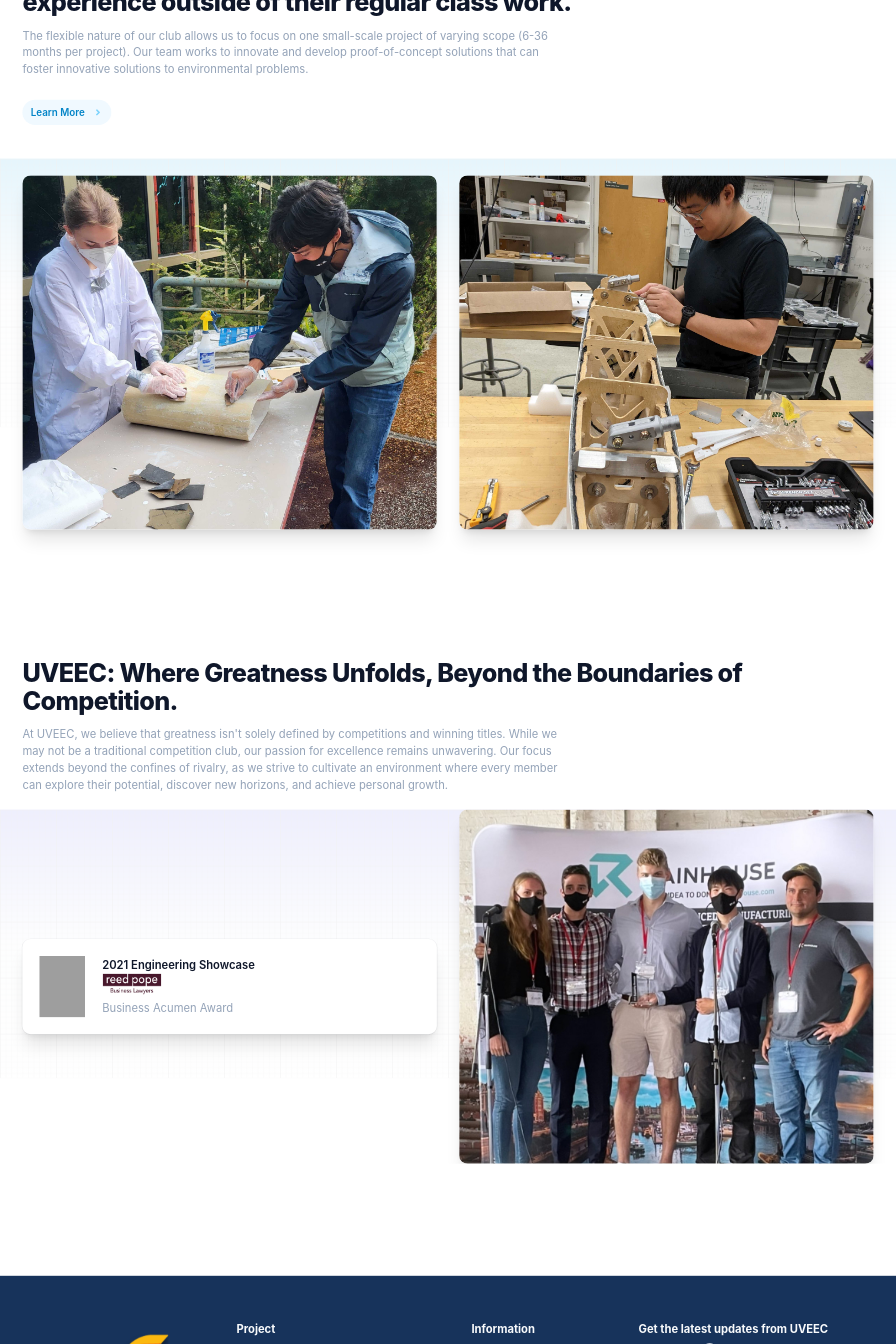
Repository: markaxelus/uveec-website
Page: /
These files come from the project's save history. The page is drawn as it stood at one moment and after the next save; the edit follows.
The browser window is 1280 px wide. The pictures show the part of the page from y = 962 to 2882 px (the page is 3128 px tall before and 3144 px after), at 70% of full size.
Pictures or frames that could not be fetched are drawn as grey boxes. The project was rebuilt for these pictures with package versions that can differ from the ones it lists, and the page was loaded fresh each time. The framework's server and built-in components were replaced by stand-ins that run in the browser. Also part of the build but not shown: next.config.js, src/components/molecules/ProfileCard.tsx.

Above is the page before, as saved 2024-06-08 23:14:11.

### pages/index.tsx
import Head from "next/head";
import Link from "next/link";
import Image from "next/image";
import type { NextPage } from "next";
import {
  HeroBanner,
  SponsorMarquee,
} from "../src/components/molecules";
import { BaseLayout } from "../src/Layout/BaseLayout";
import { FaAngleRight } from "react-icons/fa";

const Home: NextPage = () => {
  return (
    <div>
      <Head>
        <title>University of Victoria Environmental Engineering Club</title>
        <link rel="canonical" href="https://uveec.ca" key="canonical" />
        <meta
          name="description"
          content="Our organization's primary purpose is to create out of the box
          engineering solutions to everyday environmental problems in the local
          Capital Regional District of Victoria, British Columbia."
        />
        <meta name="viewport" content="width=device-width, initial-scale=1.0" />
        <meta
          name="keywords"
          content="UVEEC, UVic Environmental Engineering, Environmental Engineering, Environment, Engineering, University of Victoria, Victoria"
        />
        <meta
          property="og:title"
          content="University of Victoria Environmental Engineering Club"
        />
        <meta property="og:url" content="https://uveec.ca" />
        <meta property="og:type" content="website" />
        <link rel="icon" href="/favicon.ico" />
      </Head>
      <BaseLayout>
        <HeroBanner />
        <SponsorMarquee />
        <main>
          <div className="pt-20 mb-20 space-y-20 overflow-hidden sm:pt-32 sm:mb-32 sm:space-y-32 md:pt-40 md:mb-40 md:space-y-40">

            <section id="team">
              <div className="max-w-7xl mx-auto px-4 sm:px-6 md:px-8">
                <p className="mt-4 text-3xl sm:text-4xl text-slate-900 font-extrabold tracking-tight dark:text-slate-50">
                  One of our club&apos;s main goals is to give student hands-on
                  engineering experience outside of their regular class work.
                </p>
                <p className="mt-4 max-w-3xl text-slate-400 space-y-6 ">
                  The flexible nature of our club allows us to focus on one
                  small-scale project of varying scope (6-36 months per
                  project). Our team works to innovate and develop
                  proof-of-concept solutions that can foster innovative
                  solutions to environmental problems.
                </p>
                <Link href="/about" passHref>
                  <a className="group inline-flex items-center h-9 rounded-full text-sm font-semibold whitespace-nowrap px-3 focus:outline-none focus:ring-2 bg-sky-50 text-sky-600 hover:bg-sky-200 hover:text-sky-700 focus:ring-sky-500 dark:bg-slate-700 dark:text-slate-100 dark:hover:bg-slate-600 dark:hover:text-white dark:focus:ring-slate-500 mt-8 md:mb-10">
                    Learn More
                    <FaAngleRight className="overflow-visible ml-3 text-sky-300 group-hover:text-sky-400" />
                  </a>
                </Link>
              </div>
              <div className="relative pt-10 xl:pt-0 mt-10 xl:mt-2">
                <div className="absolute h-96 w-full bg-gradient-to-b from-sky-500 via-slate-100 to-white opacity-10 dark:to-slate-900">
                  <svg
                    width="100%"
                    height="100%"
                    xmlns="http://www.w3.org/2000/svg"
                  >
                    <defs>
                      <pattern
                        id="smallGrid"
                        width="8"
                        height="8"
                        patternUnits="userSpaceOnUse"
                      >
                        <path
                          d="M 8 0 L 0 0 0 8"
                          fill="none"
                          stroke="gray"
                          strokeWidth="0.5"
                        />
                      </pattern>
                      <pattern
                        id="grid"
                        width="80"
                        height="80"
                        patternUnits="userSpaceOnUse"
                      >
                        <rect width="80" height="80" fill="url(#smallGrid)" />
                        <path
                          d="M 80 0 L 0 0 0 80"
                          fill="none"
                          stroke="gray"
                          strokeWidth="1"
                        />
                      </pattern>
                    </defs>

                    <rect width="100%" height="100%" fill="url(#grid)" />
                  </svg>
                </div>
                <div className="max-w-7xl mx-auto px-4 py-6 sm:px-6 md:px-8 lg:grid lg:grid-cols-12 lg:gap-8">
                  {/*<div className="lg:col-span-5 xl:col-span-6 flex flex-col">
                    <div className="relative z-10 bg-white ring-1 ring-slate-900/5 rounded-lg shadow-xl px-6 py-5 my-auto xl:mt-18 dark:bg-slate-800">
                      <div className="absolute inset-x-0 inset-y-5 border-t border-b border-slate-100 pointer-events-none dark:border-slate-700" />
                      <div className="absolute inset-x-6 inset-y-0 border-l border-r border-slate-100 pointer-events-none dark:border-slate-700" />
                      <div className="bg-slate-50 overflow-hidden py-6 sm:py-9 lg:py-6 xl:py-9 px-6 dark:bg-slate-900/50">
                        <div className="relative h-96">
                          <Image
                            layout="fill"
                            src="/images/manufacturing2.jpg"
                            className="object-cover"
                            alt={""}
                            decoding="async"
                            priority
                          />
                        </div>
                      </div>
                    </div>
                  </div>*/}
                  <div className="mt-4 -mx-4 sm:mx-0 lg:mt-0 lg:col-span-7 xl:col-span-6">
                    <div className="relative overflow-hidden shadow-xl flex h-[31.625rem] max-h-[60vh] sm:max-h-[none] sm:rounded-xl lg:h-[34.6875rem] xl:h-[31.625rem]">
                      <Image
                        layout="fill"
                        src="/images/manufacturing2.jpg"
                        className="object-cover"
                        alt={""}
                        decoding="async"
                        priority
                      />
                    </div>
                  </div>
                  <div className="mt-4 -mx-4 sm:mx-0 lg:mt-0 lg:col-span-7 xl:col-span-6">
                    <div className="relative overflow-hidden shadow-xl flex h-[31.625rem] max-h-[60vh] sm:max-h-[none] sm:rounded-xl lg:h-[34.6875rem] xl:h-[31.625rem]">
                      <Image
                        layout="fill"
                        src="/images/manufacturing1.jpg"
                        className="object-cover"
                        alt={""}
                        decoding="async"
                        priority
                      />
                    </div>
                  </div>
                </div>
              </div>
            </section>

            <section id="awards">
              <div className="max-w-7xl mx-auto px-4 sm:px-6 md:px-8">
              <p className="mt-4 text-3xl sm:text-4xl text-slate-900 font-extrabold tracking-tight dark:text-slate-50">
              UVEEC: Where Greatness Unfolds, Beyond the Boundaries of Competition.
                </p>
                <p className="mt-4 pb-4 max-w-3xl text-slate-400 space-y-6 ">
                At UVEEC, we believe that greatness isn&apos;t solely defined by competitions and winning titles. While we may not be a traditional competition club, our passion for excellence remains unwavering. Our focus extends beyond the confines of rivalry, as we strive to cultivate an environment where every member can explore their potential, discover new horizons, and achieve personal growth.
                </p>
              </div>
              <div className="relative pt-10 xl:pt-0 mt-10 xl:mt-2">
                <div className="absolute h-96 w-full bg-gradient-to-b via-slate-100 from-indigo-500 to-white opacity-10 dark:to-slate-900">
                  <svg
                    width="100%"
                    height="100%"
                    xmlns="http://www.w3.org/2000/svg"
                  >
                    <defs>
                      <pattern
                        id="smallGrid"
                        width="8"
                        height="8"
                        patternUnits="userSpaceOnUse"
                      >
                        <path
                          d="M 8 0 L 0 0 0 8"
                          fill="none"
                          stroke="gray"
                          strokeWidth="0.5"
                        />
                      </pattern>
                      <pattern
                        id="grid"
                        width="80"
                        height="80"
                        patternUnits="userSpaceOnUse"
                      >
                        <rect width="80" height="80" fill="url(#smallGrid)" />
                        <path
                          d="M 80 0 L 0 0 0 80"
                          fill="none"
                          stroke="gray"
                          strokeWidth="1"
                        />
                      </pattern>
                    </defs>

                    <rect width="100%" height="100%" fill="url(#grid)" />
                  </svg>
                </div>
                <div className="max-w-7xl mx-auto px-4 sm:px-6 md:px-8 lg:grid lg:grid-cols-12 lg:gap-8">
                  <div className="lg:col-span-5 xl:col-span-6 flex flex-col">
                    <div className="relative z-10 bg-white rounded-xl shadow-xl ring-1 ring-slate-900/5 divide-y divide-slate-100 my-auto xl:mt-18 dark:bg-slate-800 dark:divide-slate-200/5 dark:highlight-white/10">
                      <div className="p-4 sm:p-6 lg:p-4 xl:p-6 space-x-4 items-start sm:space-x-6 lg:space-x-4 xl:space-x-6 flex">
                        <Image
                          src="/images/award.png"
                          height={88}
                          width={66}
                          alt={""}
                          decoding="async"
                          priority
                        />
                        <div className="min-w-0 relative flex-auto">
                          <h2 className="font-semibold text-slate-900 truncate sm:pr-20 dark:text-slate-100">
                            2021 Engineering Showcase
                          </h2>
                          <div className="dark:hidden">
                            <Image
                              height={32}
                              width={85}
                              src="/images/reedpope.png"
                              alt={""}
                              decoding="async"
                              priority
                            />
                          </div>
                          <div className="hidden dark:flex">
                            <Image
                              height={32}
                              width={85}
                              src="/images/reedpope-dark.png"
                              alt={""}
                              decoding="async"
                              priority
                            />
                          </div>
                          <p className="text-slate-400 ">
                            Business Acumen Award
                          </p>
                        </div>
                      </div>
                    </div>
                  </div>
                  <div className="mt-4 -mx-4 sm:mx-0 lg:mt-0 lg:col-span-7 xl:col-span-6">
                    <div className="relative overflow-hidden shadow-xl flex h-[31.625rem] max-h-[60vh] sm:max-h-[none] sm:rounded-xl lg:h-[34.6875rem] xl:h-[31.625rem]">
                      <Image
                        layout="fill"
                        src="/images/awarding.jpg"
                        className="object-cover"
                        alt={""}
                        decoding="async"
                        priority
                      />
                    </div>
                  </div>
                </div>
              </div>
            </section>
          </div>
        </main>
      </BaseLayout>
    </div>
  );
};

export default Home;

### styles/globals.css
@tailwind base;
@tailwind components;
@tailwind utilities;

html,
body {
  padding: 0;
  margin: 0;
  font-family: -apple-system, BlinkMacSystemFont, Segoe UI, Roboto, Oxygen,
    Ubuntu, Cantarell, Fira Sans, Droid Sans, Helvetica Neue, sans-serif;
}

a {
  color: inherit;
  text-decoration: none;
}

* {
  box-sizing: border-box;
}

.right-arrow {
  position: absolute;
  top: 50%;
  right: 0px;
  font-size: 3rem;
  color: #000;
  z-index: 10;
  cursor: pointer;
  user-select: none;
}

.left-arrow {
  position: absolute;
  top: 50%;
  left: 0px;
  font-size: 3rem;
  color: #000;
  z-index: 10;
  cursor: pointer;
  user-select: none;
}

.slide {
  opacity: 0;
  transition-duration: 1s ease;
}

.slide.active {
  opacity: 1;
  transition-duration: 1s;
  transform: scale(1.08);
}

@media (prefers-color-scheme: dark) {
  html {
    color-scheme: dark;
  }
  body {
    color: #f8fafc;
    background: #0f172a;
  }
}

### src/components/molecules/index.tsx
export { NavBar } from "./NavBar";
export { SponsorMarquee } from "./SponsorMarquee";
export { HeroBanner } from "./HeroBanner";
export { Menu } from "./Menu";
export { ProfileCard } from "./ProfileCard";

### src/Layout/BaseLayout.tsx
import React, { PropsWithChildren } from "react";
import { Footer, Header } from "../components/organisms";

interface BaseLayoutProps {}

export const BaseLayout = ({
  children,
}: PropsWithChildren<BaseLayoutProps>) => {
  return (
    <div>
      <Header />
      {children}
      <Footer />
    </div>
  );
};

### src/components/molecules/NavBar.tsx
import React from "react";
import { NavLink } from "../atoms";

export const NavBar = () => {
  return (
    <div className="z-50 flex flex-row items-center space-x-4">
      <NavLink name="Home" link="/" />
      <NavLink name="About" link="/about" />
      <NavLink name="Projects" link="/projects" />
      <NavLink name="Sponsors" link="/sponsors" />
      <NavLink name="Contact" link="/contact" />
    </div>
  );
};

### src/components/molecules/SponsorMarquee.tsx
import Marquee from "react-fast-marquee";
import { Logo } from "../atoms";
import { SponsorMap } from "../../constants";

export const SponsorMarquee = () => {
  return (
    <Marquee direction="right" speed={80} gradient={false}>
      <div className="flex flex-row items-center justify-evenly space-x-24 space-y-4 mr-24">
        {SponsorMap.map((card, i) => (
          <div
            key={i}
          >
            <Logo
              src={card.img}
              className="h-12 w-56 dark:hidden"
              classNameImage="object-contain"
            />
          </div>
        ))}
      </div>
    </Marquee>
  );
};

### src/components/molecules/HeroBanner.tsx
import Image from "next/image";
import Link from "next/link";
import {
  FaInstagram,
  FaLinkedin,
  FaGithub,
  FaDiscord,
  FaAngleRight,
} from "react-icons/fa";

export const HeroBanner = () => {
  return (
    <div className="flex flex-col relative items-center h-[500px] md:h-[600px] w-full">
      <div className="relative h-full w-full">
        <Image
          layout="fill"
          src="/images/hero2.jpg"
          className="object-cover"
          alt={""}
          decoding="async"
          priority
        />
        <div className="bg-black h-full w-full opacity-60" />
      </div>
      <div className="absolute top-14 md:top-24 w-full md:w-[800px]">
        <h1 className="text-slate-50 font-extrabold text-4xl sm:text-5xl lg:text-6xl tracking-tight text-center mb-3">
          Preserving the environment one project at a time
        </h1>
        <p className="mt-6 text-lg text-slate-50 text-center max-w-3xl mx-auto mb-5">
          Our organization&apos;s primary purpose is to create out of the box
          engineering solutions to everyday environmental problems in the local
          Capital Regional District of Victoria, British Columbia.
        </p>
        <div className="flex flex-row justify-evenly">
          <Link href="/projects" passHref>
            <a className=" flex flex-row items-center hover:cursor-pointer">
              <p className="text-orange font-bold">Learn more</p>
              <FaAngleRight className="h-5 w-5 fill-orange" />
            </a>
          </Link>
          <Link href="/contact">
            <a className=" flex flex-row items-center hover:cursor-pointer">
              <p className="text-slate-50">Contact us</p>
              <FaAngleRight className="h-5 w-5 fill-slate-50" />
            </a>
          </Link>
        </div>
      </div>
      <div className="flex flex-row items-center justify-center bg-lightBlue text-slate-50 text-lg h-11 w-full py-2">
        Find us on&nbsp;
        <Link href="https://www.instagram.com/uvicenvironment/?hl=en" passHref>
          <a target="_blank" rel="noopener noreferrer">
            <FaInstagram className="h-6 w-6 fill-slate-50 hover:fill-orange hover:cursor-pointer" />
          </a>
        </Link>
        ,&nbsp;
        <Link
          href="https://www.linkedin.com/company/university-of-victoria-environmental-engineering-club-uveec/"
          passHref
        >
          <a target="_blank" rel="noopener noreferrer">
            <FaLinkedin className="h-6 w-6 fill-slate-50 hover:fill-orange hover:cursor-pointer" />
          </a>
        </Link>
        ,&nbsp;
        <Link
          href="https://github.com/UVic-Environmental-Engineering-Club"
          passHref
        >
          <a target="_blank" rel="noopener noreferrer">
            <FaGithub className="h-6 w-6 fill-slate-50 hover:fill-orange hover:cursor-pointer" />
          </a>
        </Link>
        ,&nbsp;and&nbsp;
        <Link href="https://discord.gg/SF6sRAQEuv" passHref>
          <a target="_blank" rel="noopener noreferrer">
            <FaDiscord className="h-6 w-6 fill-slate-50 hover:fill-orange hover:cursor-pointer" />
          </a>
        </Link>
      </div>
    </div>
  );
};

### src/components/molecules/Menu.tsx
import React, {useState} from "react";
import { NavLink } from "../atoms";

import { BiMenu, BiX } from 'react-icons/bi'

export const Menu = () => {
    const [toggle, setToggle] = useState(false)
  return (
    <div className="fixed left-0 top-0 w-full z-10 ease-in duration-300">
        <div className="w-full max-w-[1240px] m-auto flex justify-between items-center p-4">
            <div onClick={() => setToggle(!toggle)} className="block z-10 text-3xl absolute right-2 top-5 cursor-pointer md:hidden">
            {toggle ? <BiX size={30} className="fill-white"/> : <BiMenu size={30} className="fill-white" /> }
            </div>
                <ul className={`flex flex-col items-center py-8 md:flex md:items-center absolute bg-[#102543] left-0 w-full md:pl-0 transition-all duration-500 ease in ${toggle ? 'top-16' : 'top-[-490px]'}`}>
                    <li className="p-3 text-4xl">
                        <NavLink name="Home" link="/" />
                    </li>
                    <li className="p-3 text-4xl">
                        <NavLink name="About" link="/about" />
                    </li>
                    <li className="p-3 text-4xl">
                        <NavLink name="Projects" link="/projects" />
                    </li>
                    <li className="p-3 text-4xl">
                        <NavLink name="Sponsors" link="/sponsors" />
                    </li>
                    <li className="p-3 text-4xl">
                        <NavLink name="Contact" link="/contact" />
                    </li>
                </ul>
        </div>
    </div>
  );
};

### src/components/atoms/index.tsx
export { NavLink } from "./NavLink";
export { Logo } from "./Logo";

### src/components/organisms/Header.tsx
import Link from "next/link";
import Image from "next/image";
import { NavBar } from "../molecules";
import { Menu } from "../molecules";

export const Header = () => {
  return (
    <div className="sticky top-0 z-50 flex flex-row items-center justify-between h-16 w-full px-4 py-2 shadow-2xl bg-royalBlue">
      <Link href="/" passHref>
        <a className="relative h-10 w-28 hover:cursor-pointer">
          <Image
            layout="fill"
            src="/images/uveec.png"
            alt={""}
            decoding="async"
            priority
          />
        </a>
      </Link>
      <div className="hidden md:block">
        <NavBar />
      </div>
      <div className="md:hidden">
        <Menu />
      </div>
    </div>
  );
};

### src/components/atoms/NavLink.tsx
import classNames from "classnames";
import { useRouter } from "next/router";
import { useMemo } from "react";

interface NavLinkProps {
  link: string;
  name: string;
}

export const NavLink = ({ link, name }: NavLinkProps) => {
  const { asPath } = useRouter();

  const isHighlighted = useMemo(() => {
    if (asPath === "/" && name === "Home") return true;
    return asPath.replace("/", "") === name.replace("/", "").toLowerCase();
  }, [asPath, name]);

  return (
    <a
      href={link}
      className={classNames(
        isHighlighted ? "text-orange" : "text-slate-50",
        "text-lg"
      )}
    >
      {name}
    </a>
  );
};

### src/components/atoms/Logo.tsx
import Image from "next/image";
import classNames from "classnames";

interface BaseLogoProps {
  src: string;
  className?: string;
  classNameImage?: string;
}

// Logo is used for building Marquee.
// className is to style div container of image.
// classNameImage is to style image itself. object-contain is used for SponsorMarquee. object-cover is used for IndexMarquee.

export const Logo = ({ src, className, classNameImage }: BaseLogoProps) => {
  return (
    <div className={classNames(className, "relative")}>
      <Image
        layout="fill"
        src={`${src}`}
        alt={""}
        decoding="async"
        className={classNameImage}
        priority
      />
    </div>
  );
};

Loaded but not shown: pages/_app.tsx (common file); src/components/organisms/index.tsx (common file); tailwind.config.js (18 lines, source omitted); src/constants.ts (282 lines, source omitted); src/components/organisms/Footer.tsx (98 lines, source omitted)

After the next save:
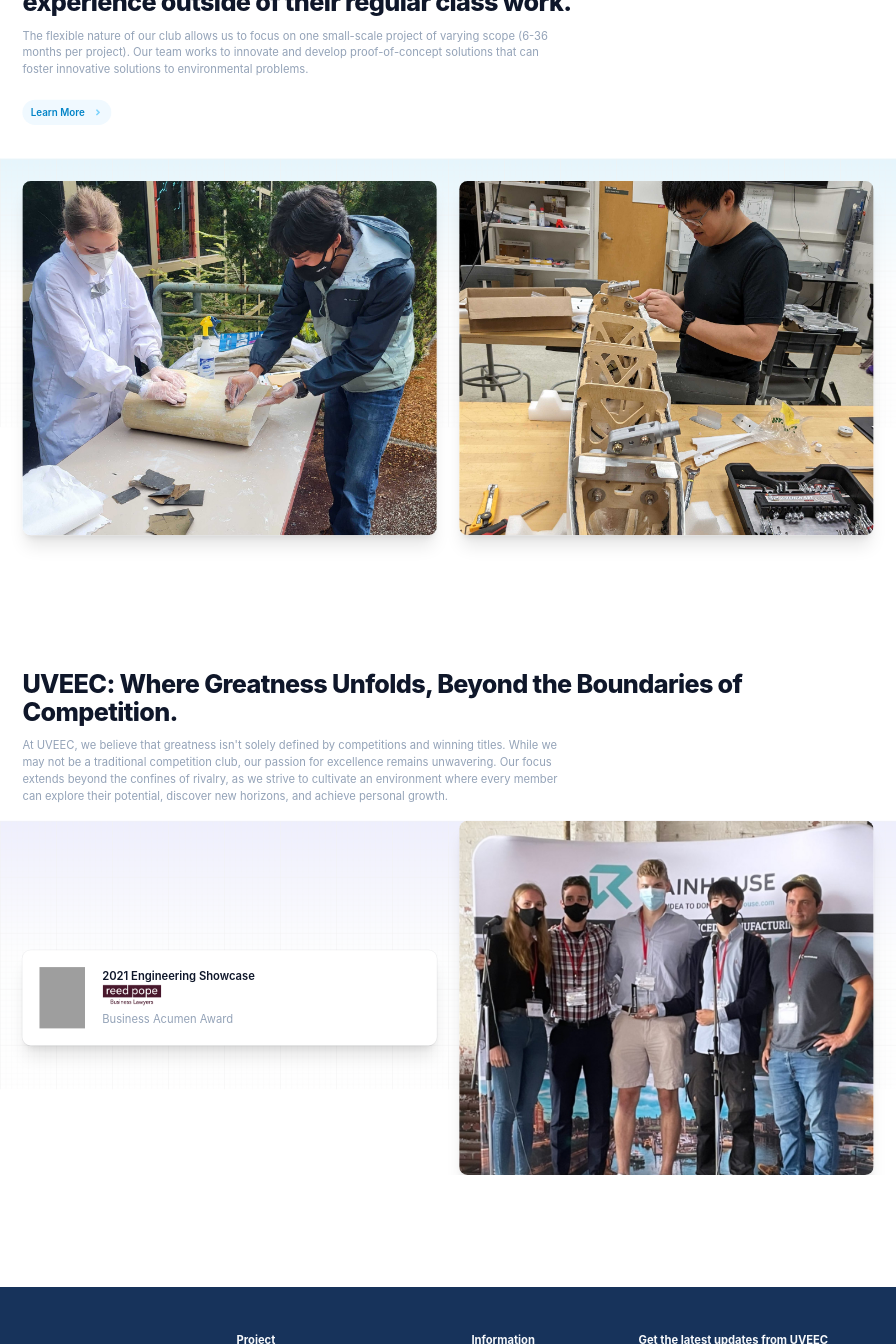
Saved 7 s later.
--- a/pages/index.tsx
+++ b/pages/index.tsx
@@ -100,7 +100,7 @@
                     <rect width="100%" height="100%" fill="url(#grid)" />
                   </svg>
                 </div>
-                <div className="max-w-7xl mx-auto px-4 py-6 sm:px-6 md:px-8 lg:grid lg:grid-cols-12 lg:gap-8">
+                <div className="max-w-7xl mx-auto px-4 py-8 sm:px-6 md:px-8 lg:grid lg:grid-cols-12 lg:gap-8">
                   {/*<div className="lg:col-span-5 xl:col-span-6 flex flex-col">
                     <div className="relative z-10 bg-white ring-1 ring-slate-900/5 rounded-lg shadow-xl px-6 py-5 my-auto xl:mt-18 dark:bg-slate-800">
                       <div className="absolute inset-x-0 inset-y-5 border-t border-b border-slate-100 pointer-events-none dark:border-slate-700" />
